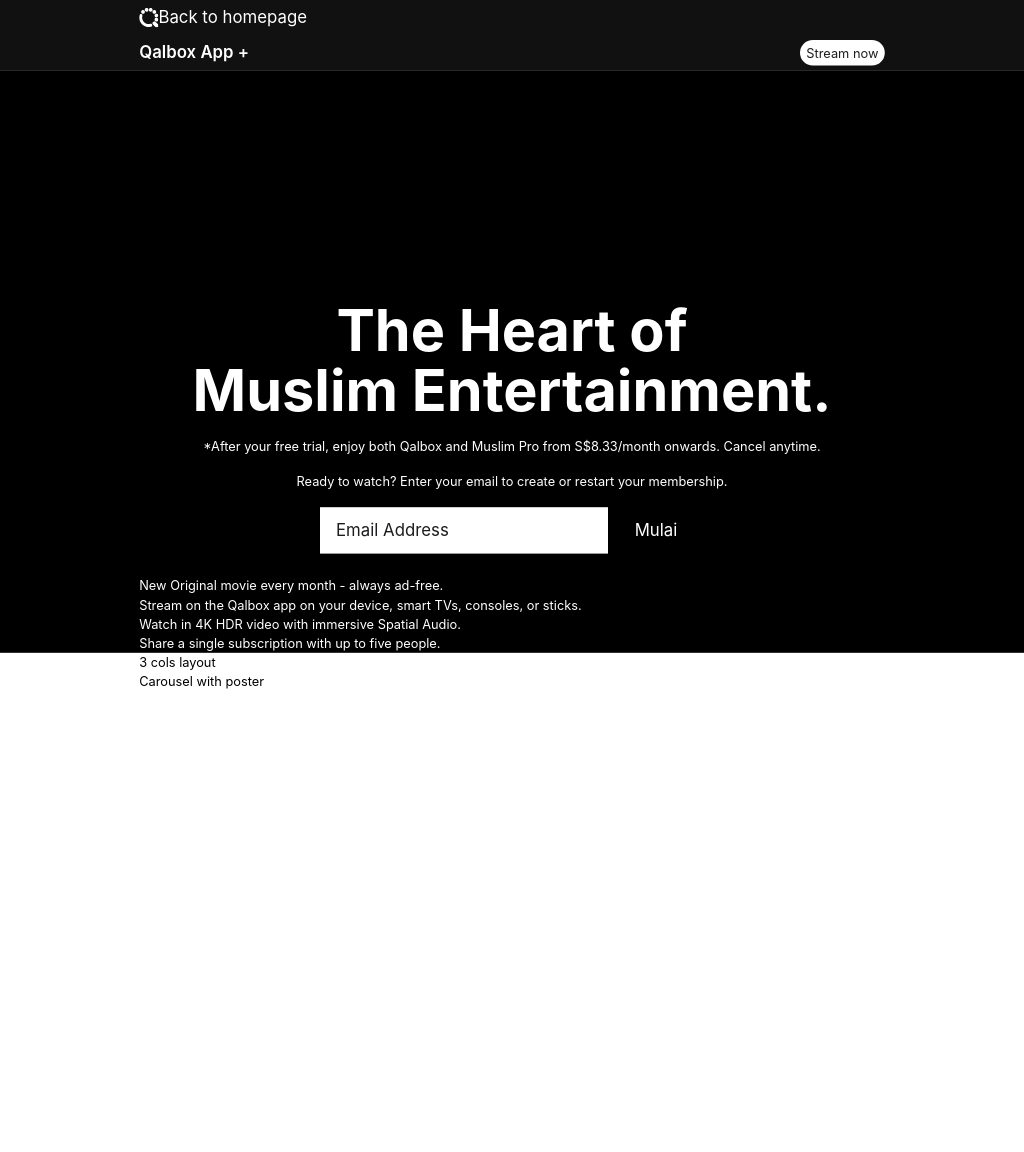
Repository: iqmalr/qalbox-rebuild
Page: /
An editor plug-in stored every save of this project. The page is shown before and after the next save, followed by the edit.
The browser window is 1280 px wide. The pictures show the whole page, at 80% of full size.
Some web fonts or font styles are not loaded; a fallback is used. The project was rebuilt for these pictures with package versions that can differ from the ones it lists, and the page was loaded fresh each time. Also part of the build but not shown: vite.config.ts. Imported but missing from the stored project, and not drawn on this page: src/assets/Hero.mp4.

Above is the page before, as saved 2024-09-16 12:22:16.

### src/App.tsx
import { CustomContainer } from "./components/CustomContainer";
import { Headers } from "./components/Headers";
import { Hero } from "./components/sections/Hero";
import { USPS } from "./components/sections/USPS";

function App() {
  return (
    <>
      <Headers />
      <main>
        <div className="bg-background">
          <Hero />
          <USPS />
        </div>
        <div>
          <CustomContainer>3 cols layout</CustomContainer>
        </div>
        <div>
          <CustomContainer>Carousel with poster</CustomContainer>
        </div>
      </main>
    </>
  );
}

export default App;

### src/index.css
@tailwind base;
@tailwind components;
@tailwind utilities;
@font-face {
  font-family: "SF Pro Display";
  src: url("/assets/font/SFProDisplay-Regular.ttf") format("truetype");
  font-weight: 400;
  font-style: normal;
}

@font-face {
  font-family: "SF Pro Display";
  src: url("/assets/fonts/SFProDisplay-Bold.ttf") format("truetype");
  font-weight: 700;
  font-style: normal;
}

body {
  font-family: "SF Pro Display", sans-serif;
}
@layer {
  :root {
    --header-row-height: 44px;
    --header-height: calc(var(--header-row-height) * 2);
    --hero-height: calc(100svh - var(--header-height));
  }
}

### src/components/CustomContainer.tsx
import React from "react";
import { twMerge } from "tailwind-merge";
type Props = {
  children: React.ReactNode;
  className?: string;
};

export const CustomContainer = ({ children, className }: Props) => {
  return (
    <div className={twMerge("mx-auto max-w-[980px] px-6", className)}>
      {children}
    </div>
  );
};

### src/components/Headers.tsx
import QalboxSVGIcon from "../assets/QalboxSVG";
import { Button } from "./Button";
import { CustomContainer } from "./CustomContainer";

export const Headers = () => {
  return (
    <>
      <header className="top-0 z-20 bg-backgroundContrast text-white">
        <CustomContainer className="flex h-[--header-row-height] items-center">
          <a
            href="/"
            className="-ml-6 flex h-[--header-row-height] items-center px-6 text-21"
          >
            <QalboxSVGIcon />
            <span>Back to homepage</span>
          </a>
        </CustomContainer>
      </header>
      <div className="sticky top-0 z-20 bg-backgroundContrast text-white">
        <CustomContainer className="flex h-[--header-row-height] items-center justify-between">
          <p className="text-21 font-semibold">Qalbox App +</p>
          <Button size="small">Stream now</Button>
        </CustomContainer>
      </div>
    </>
  );
};

### src/components/sections/Hero.tsx
import { motion, useScroll, useTransform } from "framer-motion";
import { lazy, useEffect, useRef } from "react";
import videoSrc from "../../assets/Hero.mp4";
const CustomContainer = lazy(() =>
  import("../CustomContainer").then((module) => ({
    default: module.CustomContainer,
  })),
);
export const Hero = () => {
  const videoContainerRef = useRef<HTMLDivElement>(null);
  const videoRef = useRef<HTMLVideoElement>(null);

  const { scrollYProgress } = useScroll({
    target: videoContainerRef,
    offset: ["start start", "end end"],
  });
  const opacity = useTransform(scrollYProgress, [0, 0.7, 1], [1, 1, 0]);

  useEffect(() => {
    const videoContainer = videoContainerRef.current;
    const video = videoRef.current;
    if (!videoContainer || !video) return;

    const observer = new IntersectionObserver(
      (entries) => {
        entries.forEach((entry) => {
          if (entry.isIntersecting) {
            video.play().catch(() => {
              console.error("Autoplay was prevented");
            });
          } else {
            video.pause();
          }
        });
      },
      { threshold: 0.5 },
    );

    observer.observe(videoContainer);

    return () => {
      observer.unobserve(videoContainer);
    };
  }, []);
  return (
    <div className="relative bg-background text-white">
      <motion.div
        style={{ opacity }}
        ref={videoContainerRef}
        className="absolute -top-[--header-height] left-0 h-[200vh] w-full"
      >
        <video
          ref={videoRef}
          className="sticky top-0 h-screen w-full object-cover"
          src={videoSrc}
          muted
          playsInline
          loop
        />
      </motion.div>
      <CustomContainer className="relative z-10 h-[--hero-height] pb-7">
        <motion.div
          className="flex h-full flex-col items-center justify-end text-center"
          variants={{
            hidden: { opacity: 0 },
            visible: { opacity: 1 },
          }}
          whileInView="visible"
          exit="hidden"
          animate="hidden"
          viewport={{ amount: 0.98 }}
        >
          <h1 className="mb-5 text-40 font-bold md:text-72">
            The Heart of <br />
            Muslim Entertainment.
          </h1>
          <h1 className="mb-5">
            *After your free trial, enjoy both Qalbox and Muslim Pro from
            S$8.33/month onwards. Cancel anytime.
          </h1>
          <h1 className="mb-5">
            Ready to watch? Enter your email to create or restart your
            membership.
          </h1>
          <div className="flex h-[58px] w-[480px] flex-row text-21">
            <div className="flex basis-3/4 items-center bg-white text-textBlack">
              <p className="p-5">Email Address</p>
              <p></p>
            </div>
            <button className="basis-1/4 bg-primary">Mulai</button>
          </div>
        </motion.div>
      </CustomContainer>
    </div>
  );
};

### src/components/sections/USPS.tsx
import { CustomContainer } from "../CustomContainer";

export const USPS = () => {
  return (
    <div>
      <CustomContainer className="text-40 text-white">
        <p>New Original movie every month - always ad-free.</p>
        <p>
          Stream on the Qalbox app on your device, smart TVs, consoles, or
          sticks.
        </p>
        <p>Watch in 4K HDR video with immersive Spatial Audio.</p>
        <p>Share a single subscription with up to five people.</p>
      </CustomContainer>
    </div>
  );
};

### src/assets/icons/QalboxSVG.tsx
const QalboxSVGIcon = () => {
  return (
    <svg
      width="24"
      height="24"
      viewBox="0 0 24 24"
      fill="none"
      xmlns="http://www.w3.org/2000/svg"
    >
      <path
        id="Vector_2"
        d="M6.37981 3.25561C7.28357 4.15908 7.28357 5.61977 6.37981 6.52325C5.47606 7.42673 4.01493 7.42673 3.11117 6.52325C2.20742 5.61977 2.20742 4.15908 3.11117 3.25561C4.01493 2.35213 5.47606 2.35611 6.37981 3.25561ZM19.2673 13.962C18.9368 15.1958 19.6694 16.4615 20.8996 16.7918C22.1338 17.1222 23.3998 16.3899 23.7303 15.16C24.0607 13.9262 23.3282 12.6605 22.098 12.3302C20.8638 11.9998 19.5977 12.7322 19.2673 13.962ZM19.2673 9.97796C19.5977 11.2118 20.8638 11.9401 22.098 11.6098C23.3322 11.2794 24.0607 10.0138 23.7303 8.77995C23.3998 7.54613 22.1338 6.81778 20.8996 7.14812C19.6654 7.47847 18.9368 8.74413 19.2673 9.97796ZM17.2726 6.52325C18.1764 7.42673 19.6375 7.42673 20.5413 6.52325C21.445 5.61977 21.445 4.15908 20.5413 3.25561C19.6375 2.35213 18.1764 2.35213 17.2726 3.25561C16.3689 4.15908 16.3689 5.62375 17.2726 6.52325ZM8.63322 0.067566C7.39902 0.397912 6.67045 1.66358 7.00089 2.8974C7.33134 4.13122 8.59739 4.85958 9.83159 4.52923C11.0658 4.19888 11.7944 2.93322 11.4639 1.6994C11.1335 0.469554 9.86742 -0.26278 8.63322 0.067566ZM13.8208 4.52923C15.055 4.85958 16.3211 4.12724 16.6515 2.8974C16.982 1.66358 16.2494 0.397912 15.0192 0.067566C13.789 -0.26278 12.519 0.469554 12.1885 1.6994C11.8541 2.93322 12.5866 4.19888 13.8208 4.52923ZM23.8099 21.3331C23.8099 20.6844 23.5949 20.4694 22.934 19.8087L20.5413 17.4167C19.6375 16.5132 18.1764 16.5132 17.2726 17.4167C16.3689 18.3202 16.3689 19.7809 17.2726 20.6844L19.6654 23.0764C20.3263 23.7371 20.5453 23.952 21.1902 23.952H23.0375C23.4635 23.952 23.8059 23.6057 23.8059 23.1838L23.8099 21.3331ZM6.41166 3.29939C7.31144 4.19888 7.31144 5.65559 6.41166 6.55509C5.51189 7.45459 4.05474 7.45459 3.15497 6.55509C2.25519 5.65559 2.25519 4.19888 3.15497 3.29939C4.05076 2.39989 5.51189 2.39989 6.41166 3.29939ZM19.2513 13.97C18.9209 15.1998 19.6495 16.4615 20.8797 16.7879C22.1099 17.1182 23.372 16.3899 23.6984 15.16C24.0289 13.9302 23.3003 12.6685 22.0701 12.3421C20.8438 12.0118 19.5818 12.7401 19.2513 13.97ZM19.2513 9.99786C19.5818 11.2277 20.8438 11.9561 22.0701 11.6257C23.3003 11.2954 24.0289 10.0337 23.6984 8.80781C23.368 7.58195 22.1059 6.84962 20.8797 7.17996C19.6534 7.50633 18.9249 8.76801 19.2513 9.99786ZM17.2647 6.55509C18.1644 7.45459 19.6216 7.45459 20.5214 6.55509C21.4211 5.65559 21.4211 4.19888 20.5214 3.29939C19.6216 2.39989 18.1644 2.39989 17.2647 3.29939C16.3649 4.19888 16.3649 5.65559 17.2647 6.55509ZM8.65711 0.123287C7.42689 0.453634 6.69832 1.71532 7.02876 2.94118C7.35921 4.16704 8.62128 4.89938 9.84752 4.56903C11.0777 4.23869 11.8063 2.977 11.4759 1.75114C11.1494 0.521295 9.88733 -0.207059 8.65711 0.123287ZM13.8248 4.56903C15.055 4.89938 16.3171 4.17102 16.6436 2.94118C16.9701 1.71134 16.2455 0.449654 15.0152 0.123287C13.785 -0.207059 12.5229 0.521295 12.1965 1.75114C11.87 2.98098 12.5946 4.24267 13.8248 4.56903ZM23.782 21.3132C23.782 20.6684 23.5671 20.4535 22.9062 19.7928L20.5214 17.4088C19.6216 16.5093 18.1644 16.5093 17.2647 17.4088C16.3649 18.3083 16.3649 19.765 17.2647 20.6645L19.6495 23.0485C20.3104 23.7092 20.5253 23.9241 21.1703 23.9241H23.0137C23.4357 23.9241 23.782 23.5819 23.782 23.156V21.3132ZM14.9038 23.3988C15.8871 23.1361 16.4684 22.1252 16.2056 21.1421C15.9429 20.159 14.9316 19.5779 13.9482 19.8406C12.5906 20.2028 11.1534 20.2107 9.79178 19.8605C8.39435 19.4983 7.10839 18.766 6.08122 17.7351C5.05404 16.7083 4.3175 15.4267 3.95919 14.0257C3.60883 12.6645 3.61281 11.2317 3.97511 9.87447C4.23788 8.8914 3.65263 7.88046 2.66925 7.62175C1.68587 7.35907 0.674621 7.94414 0.415837 8.92722C-0.109694 10.8934 -0.117657 12.9789 0.391949 14.9491C0.917479 16.9829 1.98447 18.8456 3.47745 20.3381C4.97043 21.8306 6.83766 22.8973 8.8721 23.4227C9.84354 23.6734 10.8389 23.7968 11.8342 23.7968C12.8693 23.8008 13.9005 23.6654 14.9038 23.3988Z"
        fill="currentColor"
      />
    </svg>
  );
};

export default QalboxSVGIcon;

### src/components/Button.tsx
import { twMerge } from "tailwind-merge";

type Props = {
  children: React.ReactNode;
  size?: "small" | "medium" | "large";
  className?: string;
};
export const Button = ({ children, size = "medium", className }: Props) => {
  const sizeClassNames: Record<"small" | "medium" | "large", string> = {
    // 12px
    small: "text-xs px-2 py-1",
    // 14px
    medium: "text-sm px-5 py-3",
    // 17px
    large: "text-lg px-8 py-5",
  };
  return (
    <button
      className={twMerge(
        "rounded-full bg-white text-textBlack",
        sizeClassNames[size],
        className,
      )}
    >
      {children}
    </button>
  );
};

### tailwind.config.ts
/** @type {import('tailwindcss').Config} */
export default {
  content: ["./index.html", "./src/**/*.{js,ts,jsx,tsx}"],
  theme: {
    colors: {
      background: "#000",
      backgroundContrast: "#111",
      textBlack: "#1d1d1f",
      white: "#fff",
    },
    fontFamily: {
      sans: ["SF Pro Display"],
    },
    fontSize: {
      "12": "0.75rem",
      "14": "0.875rem",
      "17": "1.0625rem",
      "19": ["1.1875rem", "1.21"],
      "21": "1.3125rem",
      "24": "1.5rem",
      "28": "1.75rem",
      "40": "2.5rem",
      "72": ["4.5rem", "1.05"],
    },
    extend: {},
  },
  plugins: [],
};

Loaded but not shown: index.html (common file); src/main.tsx (common file)

After the next save:
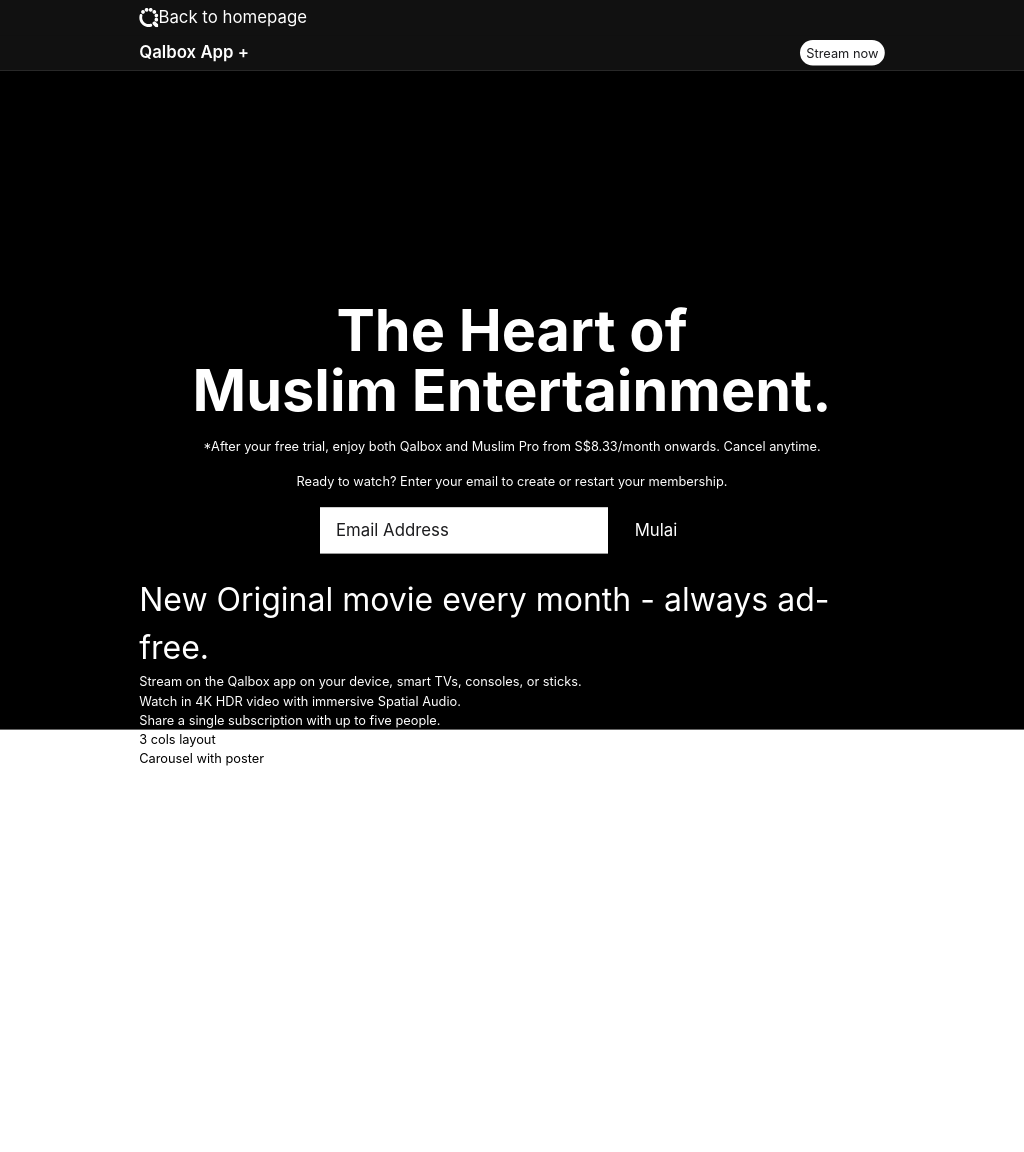
Saved 16 s later.
--- a/src/components/sections/USPS.tsx
+++ b/src/components/sections/USPS.tsx
@@ -4,7 +4,9 @@
   return (
     <div>
       <CustomContainer className="text-40 text-white">
-        <p>New Original movie every month - always ad-free.</p>
+        <p className="text-40">
+          New Original movie every month - always ad-free.
+        </p>
         <p>
           Stream on the Qalbox app on your device, smart TVs, consoles, or
           sticks.

After the 2 saves that followed:
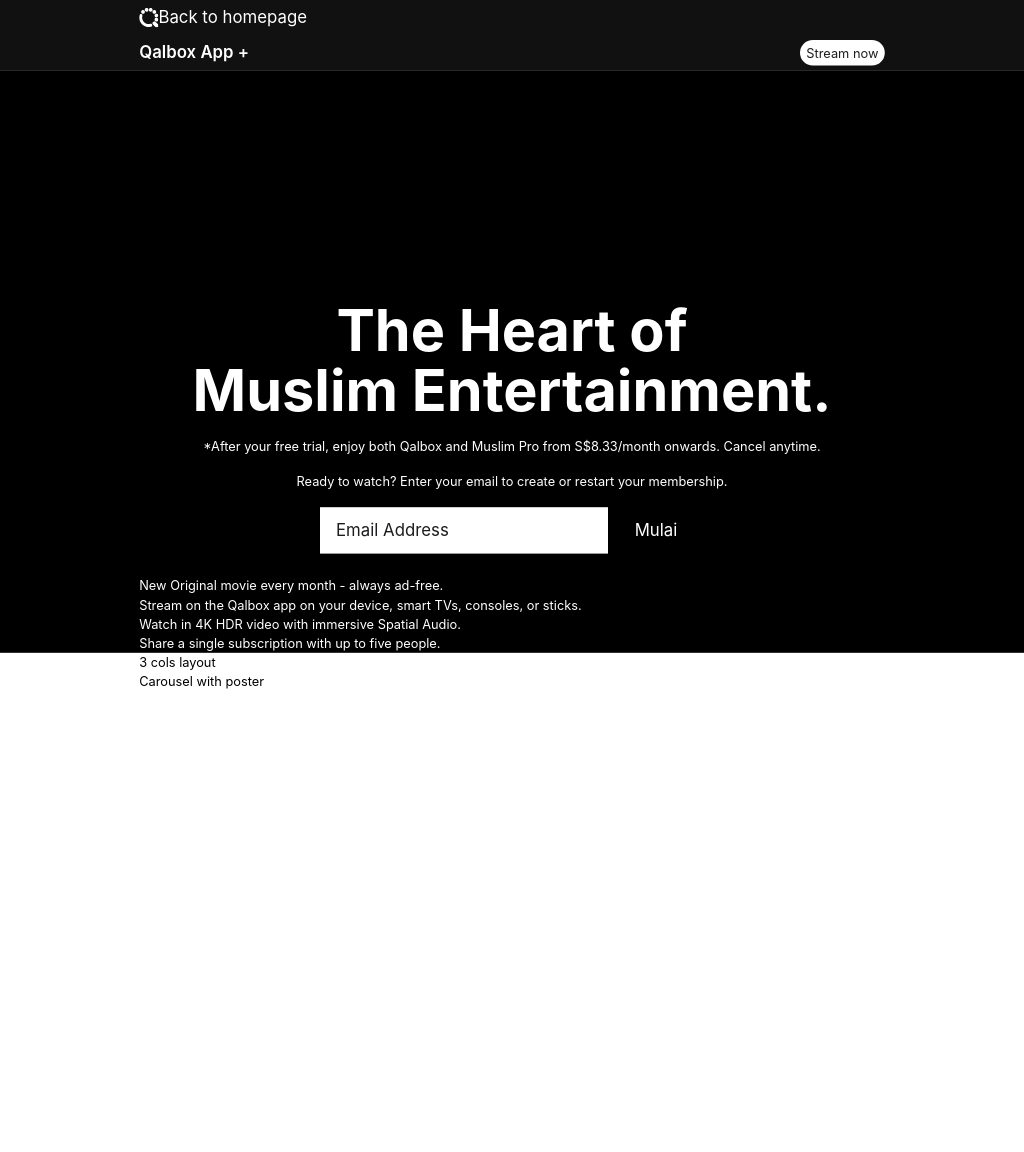
The 2 saves are shown as one change because 1 left the picture as it was.
The last was saved 21 s later.
--- a/src/components/sections/USPS.tsx
+++ b/src/components/sections/USPS.tsx
@@ -2,18 +2,13 @@
 
 export const USPS = () => {
   return (
-    <div>
-      <CustomContainer className="text-40 text-white">
-        <p className="text-40">
-          New Original movie every month - always ad-free.
-        </p>
-        <p>
-          Stream on the Qalbox app on your device, smart TVs, consoles, or
-          sticks.
-        </p>
-        <p>Watch in 4K HDR video with immersive Spatial Audio.</p>
-        <p>Share a single subscription with up to five people.</p>
-      </CustomContainer>
-    </div>
+    <CustomContainer className="text-40 text-white">
+      <p>New Original movie every month - always ad-free.</p>
+      <p>
+        Stream on the Qalbox app on your device, smart TVs, consoles, or sticks.
+      </p>
+      <p>Watch in 4K HDR video with immersive Spatial Audio.</p>
+      <p>Share a single subscription with up to five people.</p>
+    </CustomContainer>
   );
 };
